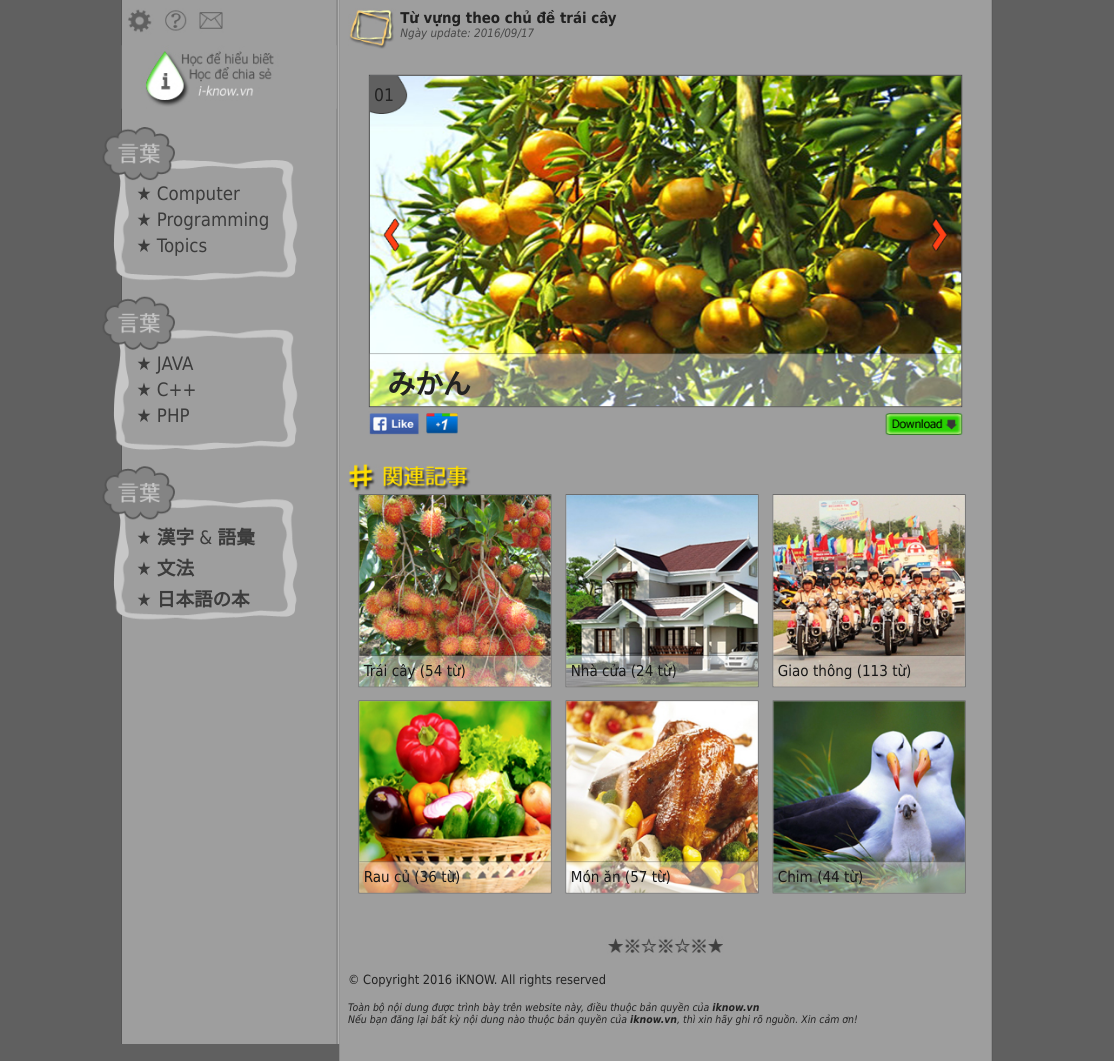
Repository: ruanonglam/_workspace
Page: Web Design/iknow.vn/WebContent/cotoba-view.html
These files come from the project's save history. The page is drawn as it stood at one moment and after the next save; the edit follows.
The browser window is 1280 px wide. The pictures show the whole page, at 87% of full size.

Above is the page before, as saved 2016-09-18 06:16:27.

### Web Design/iknow.vn/WebContent/cotoba-view.html
<!DOCTYPE html PUBLIC "-//W3C//DTD HTML 4.01 Transitional//EN" "http://www.w3.org/TR/html4/loose.dtd">
<html>
<head>
<meta http-equiv="Content-Type" content="text/html; charset=UTF-8">
<link rel="icon" type="image/png" href="_img/body/iknow-favorite.png" />
<link rel="stylesheet" type="text/css" href="_css/main.css">
<title>iknow - Từ vựng &bull; Trái cây</title>
<body>
<div id="main_frame">
	<div id="main_body">
		<!-- LEFT -->
		<div id="left_frame">
			<!-- .:Toolbar:. -->
			<div id="left_toolbar">
				<ul id="left_toolbar">
					<li><img alt="Setting" src="_img/body/left-setting-icon.png"></li>
					<li><img alt="About iknow.vn" src="_img/body/left-help-icon.png"></li>
					<li><img alt="Contact" src="_img/body/left-mail-icon.png"></li>
				</ul>
			</div>

			<!-- .:Logo:. -->
			<a href="#" id="logo"><img alt="iknow.vn" src="_img/body/iknow-logo.png"></a>

			<!-- .:Menu1:. -->
			<div class="left_menu">
				<ul>
					<li><a href="#">★ Computer</a></li>
					<li><a href="#">★ Programming</a></li>
					<li><a href="#">★ Topics</a></li>
				</ul>
			</div>

			<!-- .:Menu2:. -->
			<div class="left_menu">
				<ul>
					<li><a href="#">★ JAVA</a></li>
					<li><a href="#">★ C++</a></li>
					<li><a href="#">★ PHP</a></li>
				</ul>
			</div>

			<!-- .:Menu3:. -->
			<div class="left_menu">
				<ul>
					<li><a href="#">★ <b>漢字</b> & <b>語彙</b></a></li>
					<li><a href="#">★ <b>文法</b></a></li>
					<li><a href="#">★ <b>日本語の本</b></a></li>
				</ul>
			</div>

		</div>


		<!-- RIGHT -->
		<div id="right_frame">
			<!-- .:Topic:. -->
			<div id="right_topic">
				<h3>Từ vựng theo chủ đề trái cây</h3>
				<i>Ngày update: 2016/09/17</i>
			</div>

			<!-- .:Vocabulary Show:. -->
			<div id="right_vocab_show">
				<!-- .:Action:. -->
				<div id="right_vocab_action">
					<!-- Left Row -->
					<div id="right_row_left">
						<!-- .:Number:. -->
						<div id="right_vocab_number">01</div>
						<div class="right_row-action">
							<a href="#"><img alt="view-vocabulary" src="_img/body/right-vocab-row-left.png"></a>
						</div>
					</div>
					<!-- Right Row -->
					<div id="right_row_right">
						<div class="right_row-action" id="right_row-action_right">
							<a href="#"><img alt="view-vocabulary" src="_img/body/right-vocab-row-right.png"></a>
						</div>
					</div>
				</div>

				<!-- .:Show vocabulary:. -->
				<h3 id="right_vocab_text">みかん</h3>
				<div id="right_vocab_detail"></div>
			</div>

			<!-- .:Vocabulary toolbar:. -->
			<div id="right_vocab_tool">
				<ul id="left">
					<li><a href="#"><img alt="Facebook liked" src="_img/body/toolbar-facebook.png"></a></li>
					<li><a href="#"><img alt="Google+" src="_img/body/toolbar-google.png"></a></li>
				</ul>

				<ul id="right">
					<li><a href="#"><img alt="Download" src="_img/body/toolbar-download.png"></a></li>
				</ul>
			</div>

			<!-- .:Relate Vocabulary:. -->
			<div id="right_vocab_relate_title"></div>

			<!-- .:Relate Topic Show:. -->
			<!-- .:Line-1:. -->
			<div id="right_vocab_relate_line">
				<div class="right_relate_item">
					<a href="#">
						<img alt="Vocabulary" src="_img/sample/traicay/_thumb_traicay.jpg">
						<div id="_title"></div>
						<font>Trái cây (54 từ)</font>
					</a>
				</div>
				<div class="right_relate_item">
					<a href="#"><img alt="Vocabulary" src="_img/sample/nhacua/_thumb_nhacua.jpg"></a>
					<div id="_title"></div>
					<font>Nhà cửa (24 từ)</font>
				</div>
				<div class="right_relate_item">
					<a href="#"><img alt="Vocabulary" src="_img/sample/giaothong/_thumb_giaothong.jpg"></a>
					<div id="_title"></div>
					<font>Giao thông (113 từ)</font>
				</div>
			</div>

			<!-- .:Line-2:. -->
			<div id="right_vocab_relate_line">
				<div class="right_relate_item">
					<a href="#"><img alt="Vocabulary" src="_img/sample/raucu/_thumb_raucu.jpg"></a>
					<div id="_title"></div>
					<font>Rau củ (36 từ)</font>
				</div>
				<div class="right_relate_item">
					<a href="#"><img alt="Vocabulary" src="_img/sample/monan/_thumb_monan.jpg"></a>
					<div id="_title"></div>
					<font>Món ăn (57 từ)</font>
				</div>
				<div class="right_relate_item">
					<a href="#"><img alt="Vocabulary" src="_img/sample/chim/_thumb_chim.jpg"></a>
					<div id="_title"></div>
					<font>Chim (44 từ)</font>
				</div>
			</div>

			<!-- .:Footer:. -->
			<div id="footer">
				© Copyright 2016 iKNOW. All rights reserved<br/><br/>
				<i>
					Toàn bộ nội dung được trình bày trên website này, điều thuộc bản quyền của <b>iknow.vn</b>
					<br/>Nếu bạn đăng lại bất kỳ nội dung nào thuộc bản quyền của <b>iknow.vn</b>, thì xin hãy ghi rõ nguồn. Xin cảm ơn!
				</i>
			</div>
		</div>
	</div>
</div>

</head>
<body>

</body>
</html>

### Web Design/iknow.vn/WebContent/_css/main.css
*{
	padding: 0;
	margin: 0;
}
body{
	background: #606060;
	font-family: Tahoma, "Times New Roman", Arial, "MS PMincho","MS Gothic";
	font-size: 11pt;
	color: #222222;
}
a img{
	border: none;
	text-decoration: none;
}

div#main_frame{
	margin: auto;
	width: 1200px;
	height: auto;
}

div#main_body{
	margin: auto;
	width: 1002px;
	height: auto;
	border: 1px solid #454545;
	border-bottom: none;
	border-top: none;
	background: #9E9E9E;
}

/**********************************************************/
/**********************************************************/
/**********************************************************/
/**********************************************************/
/**********************************************************/
/**********************************************************/
div#left_frame{
	float: left;
	width: 250px;
	min-height: 1200px;
	height: auto;
	border-left: 1px solid #454545;
	background: #9E9E9E url("../_img/body/left-body-bg.png") repeat-y;
}

div#left_toolbar{
	display: block;
	height: 32px;
	margin-top: 10px;
	margin-bottom: 10px;
}
ul#left_toolbar li{
	display: inline-block;
	margin-left: 5px;
}

a#logo{
	display: block;
	margin-bottom: 20px;
}


div.left_menu{
	display: block;
	position: relative;
	left: -23px;
	width: 190px;
	height: 115px;
	margin-bottom:15px;
	padding-left: 40px;
	padding-top: 65px;
	background: url("../_img/body/left-menu-group-bg.png");
}
div.left_menu ul li{
	display: block;
	color: #3C3C3C;
	font-size: 16pt;
	margin-bottom: 5px;
}
div.left_menu ul li a{
	text-decoration: none;
	color: #3C3C3C;
}
div.left_menu ul li a:HOVER{
	color: #FFFFFF;
}


/**********************************************************/
/**********************************************************/
/**********************************************************/
/**********************************************************/
/**********************************************************/
/**********************************************************/
div#right_frame{
	float: right;
	width: 730px;
	padding: 10px;
	min-height: 1200px;
	border-right: 1px solid #454545;
	background: #9E9E9E;
}

div#right_topic{
	display: block;
	width: 670px;
	height: 46px;
	padding-left: 60px;
	margin-bottom: 30px;
	background: url("../_img/body/right-topic-icon.png") no-repeat;
}
div#right_topic h3{
	color: #212121;
}
div#right_topic i{
	color: #484848;
	font-size: 10pt;
}

div#right_vocab_show{
	display: block;
	width: 680px;
	height: 380px;
	margin: auto;
	border: 1px solid #454545;
	background: url("../_img/sample/traicay/1.jpg");
}
div#right_vocab_action{
	display: block;
	width: 100%;
	height: 320px;
}
div#right_vocab_detail{
	display: block;
	position: relative;
	bottom: 1px;
	width: 100%;
	height: 60px;
	opacity: 0.4;
    filter: alpha(opacity=40);
	background: #FFFFFF;
	border-top: 1px solid #454545;
}
div#right_row_left{
	float: left;
	width: 50px;
	height: 100%;
	background: url("../_img/body/right-vocab-num.png") no-repeat;
}
div.right_row-action{
	margin-top: 110px;
}
div#right_row-action_right{
	margin-top: 160px;
}
div#right_vocab_number{
	width: 45px;
	height: 40px;
	padding-top: 10px;
	padding-left: 5px;
	font-size: 15pt;
}
div#right_row_right{
	float: right;
	width: 50px;
	height: 100%;
}

h3#right_vocab_text{
	display: block;
	position: absolute;
	z-index: 1;
	width: 660px;
	height: 51px;
	font-size: 24pt;
	padding-left: 20px;
	padding-top: 7pt;
}

div#right_vocab_tool{
	clear: both;
	display: block;
	width: 684px;
	height: 45px;
	padding-top: 5px;
	margin-top: 15px;
	margin: auto;
}
div#right_vocab_tool ul#left{
	float: left;
}
div#right_vocab_tool ul#right{
	float: right;
}
div#right_vocab_tool ul li{
	display: inline-block;
}


/***/
div#right_vocab_relate_title{
	display: block;
	width: 100%;
	height: 35px;
	margin-top: 15px;
	background: url("../_img/body/right-topic-relate.png") no-repeat;
}

/***/
div#right_vocab_relate_line{
	display: block;
	width: 718px;
	height: 222px;
	padding-left: 12px;
	margin-bottom: 15px;
}

div.right_relate_item{
	float: left;
	width: 220px;
	height: 220px;
	margin-right: 16px;
	border: 1px solid #5F5F5F;
	background: #C7C7C7;
}
div.right_relate_item a{
	text-decoration: none;
}
div.right_relate_item div#_title{
	position: relative;
	width: 100%;
	height: 35px;
	margin-top: -36px;
	z-index: 1;
	opacity: 0.4;
    filter: alpha(opacity=40);
    border-top: 1px solid #454545;
    background: #FFFFFF;
}
div.right_relate_item font{
	display: block;
	position: relative;
	width: 215px;
	height: 28px;
	margin-top: -35px;
	z-index: 1000;
	font-size: 13pt;
	padding-top: 7px;
	padding-left: 5px;
	color: #181818;
}


/**********************************/
div#footer{
	display: block;
	position: static;
	width: 730px;
	height: 66px;
	margin-top: 50px;
	padding-top: 40px;
	bottom: 0;
	background:url("../_img/body/footer-bg.png") no-repeat center top;
}
div#footer i{
	font-size: 9pt;
}

After the next save:
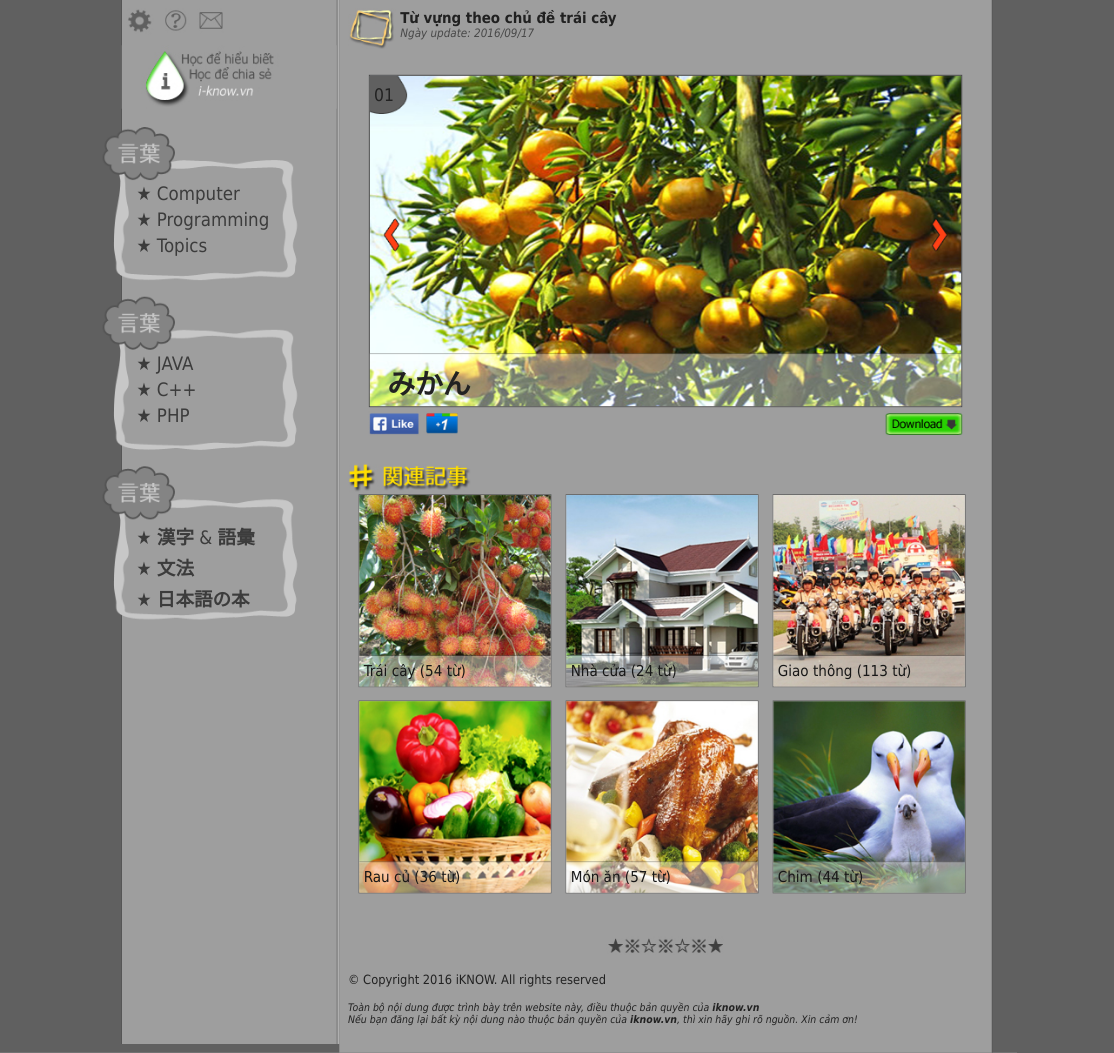
Saved 13 s later.
--- a/Web Design/iknow.vn/WebContent/_css/main.css
+++ b/Web Design/iknow.vn/WebContent/_css/main.css
@@ -97,7 +97,7 @@ div#right_frame{
 	float: right;
 	width: 730px;
 	padding: 10px;
-	min-height: 1200px;
+	min-height: 1190px;
 	border-right: 1px solid #454545;
 	background: #9E9E9E;
 }
